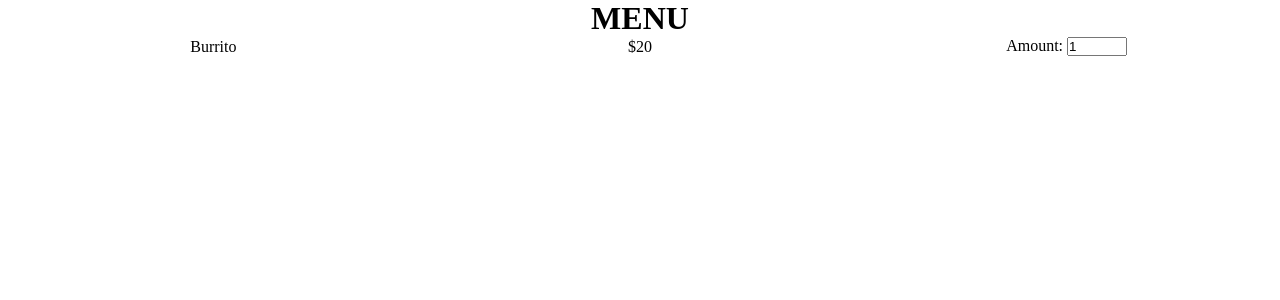
Repository: LamQuocPhu/JungTalent
Page: http://localhost/
An editor plug-in stored every save of this project. The page is shown before and after the next save, followed by the edit.
The browser window is 1280 px wide. The pictures show the whole page.
The page is served by the project's Node server (index.js).

Above is the page before, as saved 2023-10-25 22:56:55.

After the next save:
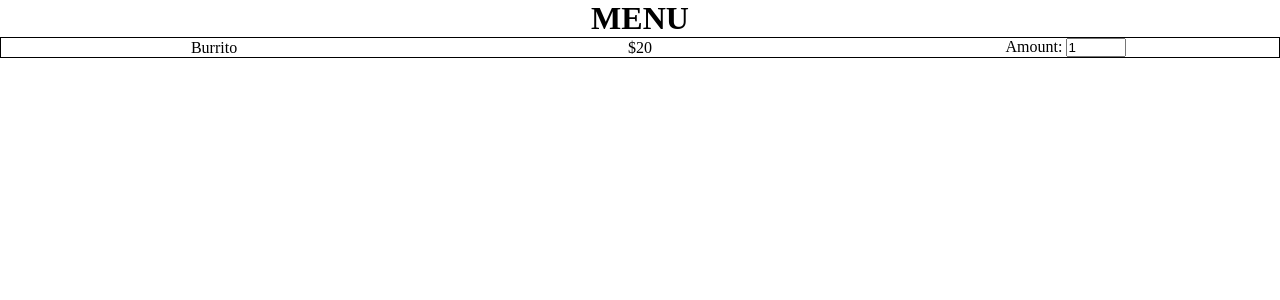
Saved 4 s later.
--- a/public/css/style.css
+++ b/public/css/style.css
@@ -11,7 +11,7 @@
 }
 
 .cart-item{
-    border: 1px solid #;
+    border: 1px solid #000;
 display: flex;
 justify-content: center;
 align-items: center;
